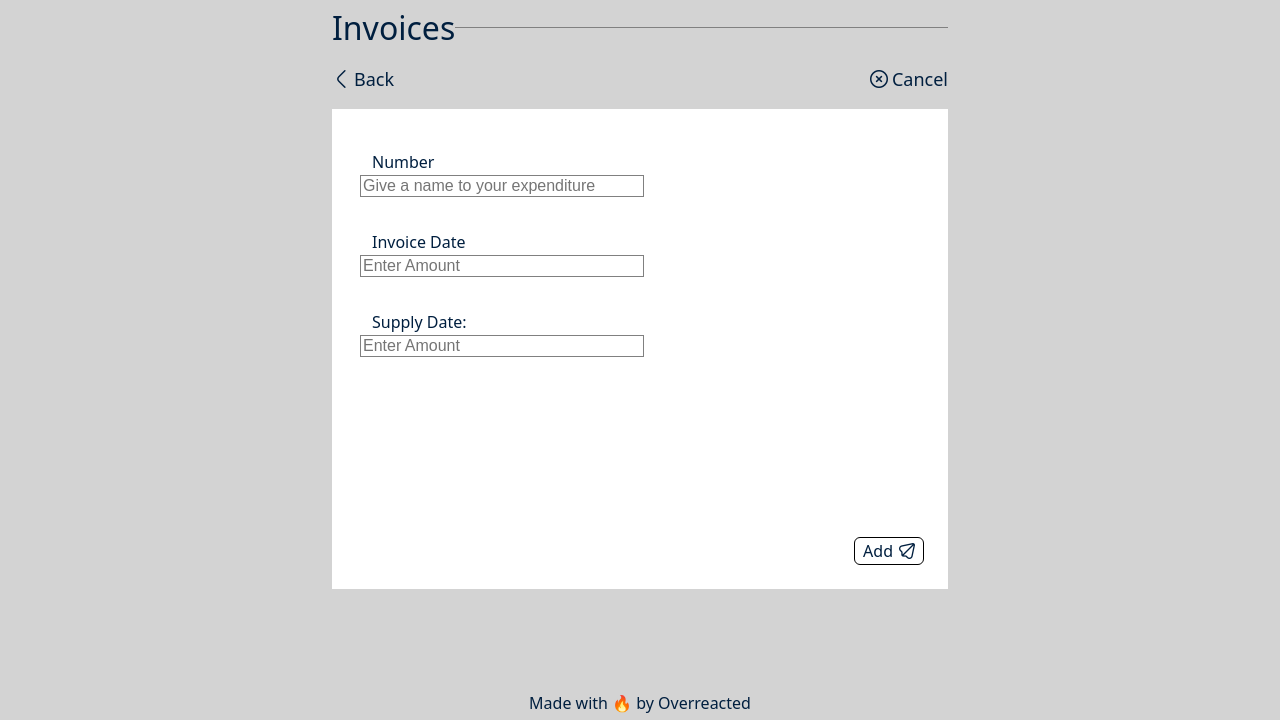
Repository: om1ars/task3
Page: /add-expense
An editor plug-in stored every save of this project. The page is shown before and after a run of saves, followed by the edit.
The browser window is 1280 px wide. The pictures show the whole page.
Some web libraries are served in a nearby version. The project was rebuilt for these pictures with package versions that can differ from the ones it lists, and the page was loaded fresh each time. Also part of the build but not shown: src/components/add-form/success-modal.css, src/components/expense-list/card.css, src/components/expense-list/card.js, src/components/expense-list/expense-list.css, src/components/expense-list/index.js, src/pages/home/home.css, src/pages/home/index.js.

Above is the page before, as saved 2021-12-18 15:01:40.

### public/index.html
<!DOCTYPE html>
<html lang="en">
  <head>
    <meta charset="utf-8" />
    <link rel="icon" href="%PUBLIC_URL%/favicon.ico" />
    <meta name="viewport" content="width=device-width, initial-scale=1" />
    <meta name="theme-color" content="#000000" />
    <meta name="description" content="SPA to track all your expenses" />
    <link rel="apple-touch-icon" href="%PUBLIC_URL%/logo192.png" />
    <!--
      manifest.json provides metadata used when your web app is installed on a
      user's mobile device or desktop. See https://developers.google.com/web/fundamentals/web-app-manifest/
    -->
    <link rel="manifest" href="%PUBLIC_URL%/manifest.json" />
    <link rel="preconnect" href="https://fonts.googleapis.com" />
    <link rel="preconnect" href="https://fonts.gstatic.com" crossorigin />
    <link
      href="https://fonts.googleapis.com/css2?family=Noto+Sans&display=swap"
      rel="stylesheet"
    />
    <link
      rel="stylesheet"
      href="https://cdn-uicons.flaticon.com/uicons-regular-rounded/css/uicons-regular-rounded.css"
    />
    <link
      rel="stylesheet"
      href="https://cdn.jsdelivr.net/gh/devicons/devicon@v2.12.0/devicon.min.css"
    />
    <title>Xpensr</title>
  </head>
  <body>
    <noscript>You need to enable JavaScript to run this app.</noscript>
    <div id="root"></div>
    <!--
      This HTML file is a template.
      If you open it directly in the browser, you will see an empty page.

      You can add webfonts, meta tags, or analytics to this file.
      The build step will place the bundled scripts into the <body> tag.

      To begin the development, run `npm start` or `yarn start`.
      To create a production bundle, use `npm run build` or `yarn build`.
    -->
  </body>
</html>

### src/index.js
import React from "react";
import ReactDOM from "react-dom";
import "./index.css";
import App from "./App";
import reportWebVitals from "./reportWebVitals";
import { Provider } from "react-redux";
import store from "./redux/store/index";

ReactDOM.render(
  <Provider store={store}>
    <App />
  </Provider>,
  document.getElementById("root")
);

// If you want to start measuring performance in your app, pass a function
// to log results (for example: reportWebVitals(console.log))
// or send to an analytics endpoint. Learn more: https://bit.ly/CRA-vitals
reportWebVitals();

### src/index.css
body {
  margin: 0;
  font-family: "Noto Sans", sans-serif;
  -webkit-font-smoothing: antialiased;
  -moz-osx-font-smoothing: grayscale;
  background-color: lightgray;
  color: #001f3f;
}
a {
  text-decoration: none;
  color: #001f3f;
}
.button {
  /* background: #71ccca; */
  box-shadow: 20px 20px 60px #60adac, -20px -20px 60px #82ebe8;
}
code {
  font-family: source-code-pro, Menlo, Monaco, Consolas, "Courier New",
    monospace;
}

### src/App.js
import React from "react";
import { BrowserRouter as Router, Route, Switch } from "react-router-dom";
import Footer from "./components/footer";
import Header from "./components/header";
import AddExpense from "./pages/add-expense";
import Home from "./pages/home/index";

const App = () => {
  return (
    <Router>
      <Header />
      <Switch>
        <Route path="/" exact component={Home} />
        <Route path="/add-expense" component={AddExpense} />
      </Switch>
      <Footer />
    </Router>
  );
};

export default App;

### src/redux/store/index.js
import { combineReducers, createStore } from "redux";
import { expenseReducer } from "../reducers/expenses";
const reducer = combineReducers({
  expenses: expenseReducer,
});
const initialState = {};
const store = createStore(reducer, initialState);

export default store;

### src/components/footer/index.js
import React from "react";
import "./footer.css";
const Footer = () => {
  return <footer>Made with 🔥 by Overreacted</footer>;
};

export default Footer;

### src/components/header/index.js
import React from "react";
import "./header.css";
const Header = () => {
  return (
    <div className="header-container">
      <div className="header" style={{ display: "flex", alignItems: "center" }}>
        <div className="header-logo">
          Invoices
        </div>
        <div
          style={{ height: "1px", width: "100%", backgroundColor: "gray" }}
        ></div>
      </div>
    </div>
  );
};

export default Header;

### src/pages/add-expense/index.js
import React from "react";
import AddForm from "../../components/add-form";
import TopFold from "../../components/top-fold";
import "./add-expense.css";
const AddExpense = () => {
  return (
    <div className="add-expense">
      <TopFold />
      <AddForm />
    </div>
  );
};

export default AddExpense;

### src/redux/reducers/expenses.js
import {
  ADD_EXPENSE,
  DELETE_EXPENSE,
  SEARCH_EXPENSE,
} from "../action-types/expenses";

const initialList = () => {
  const list = localStorage.getItem("expense-list");
  let expenses = [];
  if (list) {
    expenses = JSON.parse(list);
  }
  return expenses;
};
const initialState = {
  expenseList: initialList(),
  query: "",
};

export const expenseReducer = (state = initialState, action) => {
  switch (action.type) {
    case ADD_EXPENSE: {
      localStorage.setItem(
        "expense-list",
        JSON.stringify([...state.expenseList, action.data])
      );
      return {
        ...state,
        expenseList: [...state.expenseList, action.data],
        query: "",
      };
    }
    case DELETE_EXPENSE: {
      const { data } = action;
      const updatedList = state.expenseList.filter(
        (item) => item.createdAt !== data.createdAt
      );
      localStorage.setItem("expense-list", JSON.stringify(updatedList));
      return {
        ...state,
        expenseList: updatedList,
      };
    }
    case SEARCH_EXPENSE: {
      const { query } = action;
      return {
        ...state,
        query,
      };
    }
    default:
      return {
        ...state,
      };
  }
};

### src/components/footer/footer.css
footer {
  width: 100%;
  position: fixed;
  bottom: 0;
  display: flex;
  justify-content: center;
  align-items: center;
  padding-bottom: 6px;
}

### src/components/header/header.css
.header-container {
  width: 50%;
  margin: auto;
}
.header {
  display: flex;
  justify-content: space-between;
  align-items: center;
  flex: 1;
  margin: 6px 12px;
}
.header-logo {
  display: flex;
  align-items: center;
  font-size: 32px;
  font-weight: 500;
}
.header-logo i {
  display: flex;
  align-items: center;
  margin-left: 6px;
}

.header-button {
  font-size: 20px;
  display: flex;
  justify-content: center;
  align-items: center;
  border: 1px solid black;
  border-radius: 6px;
  padding: 0px 8px;
}
.header-button i {
  margin-right: 4px;
}

@media only screen and (max-width: 1024px) {
  .header-container {
    width: 90%;
  }
  .header-logo {
    font-size: 28px;
  }
  .header-button {
    font-size: 18px;
  }
}

@media only screen and (max-width: 512px) {
  .header-container {
    width: 100%;
  }
  .header-logo {
    font-size: 24px;
  }
  .header-button {
    font-size: 16px;
  }
}

### src/components/add-form/index.js
import React, { useState } from "react";
import { categories } from "../../constants/add-expense";
import "react-toastify/dist/ReactToastify.css";
import "./add-form.css";
import { toast, ToastContainer } from "react-toastify";
import { useDispatch } from "react-redux";
import { addExpense } from "../../redux/actions/expenses";
import SuccessModal from "./success-modal";

const AddForm = () => {
  const [categoryOpen, setCategoryOpen] = useState(false);
  const cat = categories;
  const [title, setTitle] = useState("");
  const [amount, setAmount] = useState("");
  const [category, setCategory] = useState();
  const dispatch = useDispatch();
  const [modalOpen, setModalOpen] = useState(false);
  const [supply, setSupply] = useState('')
  const handleTitle = (e) => {
    setTitle(e.target.value);
  };
  const handleAmount = (e) => {
    const val = parseFloat(e.target.value);
    if (isNaN(val)) {
      setAmount("");
      return;
    }
    setAmount(val);
  };
  const handleCategory = (category) => {
    setCategory(category);
    setCategoryOpen(false);
    console.log(category);
  };

  const handleSubmit = () => {
    if (title === "" || amount === "" || !category) {
      const notify = () => toast("Please enter complete data");
      notify();
      return;
    }
    const data = {
      title,
      amount,
      category,
      createdAt: new Date(),
    };
    dispatch(addExpense(data));
    setModalOpen(!modalOpen);
  };

  return (
    <div className="add-form">
      <SuccessModal modalOpen={modalOpen} />
      <ToastContainer
        position="bottom-left"
        autoClose={1500}
        hideProgressBar={false}
        newestOnTop={false}
        closeOnClick
      />
      <div className="container-form">
        <div className="form-item">
          <label>Number</label>
          <input
            placeholder="Give a name to your expenditure"
            value={title}
            onChange={(e) => handleTitle(e)}
          />
        </div>
        <div className="form-item">
          <label>Invoice Date</label>
          <input
            placeholder="Enter Amount"
            className="amount-input"
            onChange={(e) => handleAmount(e)}
            value={amount}
          />
        </div>
        <div className="form-item">
          <label>Supply Date:</label>
          <input
            placeholder="Enter Amount"
            className="amount-input"
            onChange={(e) => handleAmount(e)}
            value={amount}
          />
        </div>
      </div>

      <div className="category-container-parent">

      </div>
      <div className="form-add-button">
        <div onClick={handleSubmit}>
          <label>Add</label>
          <i class="fi-rr-paper-plane"></i>
        </div>
      </div>
    </div>
  );
};

export default AddForm;

### src/components/top-fold/index.js
import React, { useEffect, useState } from "react";
import { Link, useLocation } from "react-router-dom";
import "./top-fold.css";
import { useDispatch } from "react-redux";
import { searchExpense } from "../../redux/actions/expenses";
const TopFold = () => {
  const [query, setQuery] = useState("");
  const dispatch = useDispatch();
  const handleQuery = (e) => {
    setQuery(e.target.value);
    dispatch(searchExpense(e.target.value));
  };
  return (
    <div className="topfold">
      {window.location.pathname === "/" ? (
        <div className="home-topfold">
          <Link to="/add-expense">
            <div
              className="add-button"
              style={{
                width: "700px",
                backgroundColor: "white",
                padding: 15,
              }}
            >
              <div style={{ marginBottom: 10 }}>Actions</div>
              <label
                style={{
                  padding: "6px 28px",
                  borderRadius: "5px",
                  backgroundColor: "blue",
                }}
              >
                Add
              </label>
            </div>
          </Link>
        </div>
      ) : (
        <div className="add-topfold">
          <Link to="/">
            <div className="add-topfold-button">
              <i class="fi-rr-angle-left"></i>
              <label>Back</label>
            </div>
          </Link>
          <Link to="/">
            <div className="add-topfold-button">
              <i class="fi-rr-cross-circle"></i>
              <label>Cancel</label>
            </div>
          </Link>
        </div>
      )}
    </div>
  );
};

export default TopFold;

### src/pages/add-expense/add-expense.css
.add-expense {
  width: 50%;
  margin: auto;
}

@media only screen and (max-width: 1024px) {
  .add-expense {
    width: 90%;
  }
}

@media only screen and (max-width: 512px) {
  .add-expense {
    width: 100%;
  }
}

### src/redux/action-types/expenses.js
export const ADD_EXPENSE = "ADD_EXPENSE";

export const DELETE_EXPENSE = "DELETE_EXPENSE";

export const SEARCH_EXPENSE = "SEARCH_EXPENSE";

### src/constants/add-expense.js
export const categories = [
  {
    id: 1,
    title: "Education",
    icon: require("../assets/images/education.png"),
    color: "#A95EC2",
  },
  {
    id: 2,
    title: "Healthcare",
    icon: require("../assets/images/healthcare.png"),
    color: "#FF768A",
  },
  {
    id: 3,
    title: "Shopping",
    icon: require("../assets/images/shopping.png"),
    color: "#EC60AB",
  },
  {
    id: 4,
    title: "Food",
    icon: require("../assets/images/food.png"),
    color: "#FF9E6D",
  },
  {
    id: 5,
    title: "Other",
    icon: require("../assets/images/entertainment.png"),
    color: "#FFCB5E",
  },
];

### src/components/add-form/add-form.css
.add-form {
  background: white;
  /* box-shadow: 20px 20px 60px #60adac, -20px -20px 60px #82ebe8; */
  margin: 6px 12px;
  padding: 24px;
  display: flex;
  flex-direction: column;
  /* flex-wrap: wrap; */
  flex: 1;
  height: 60vh;
}
.form-item {
  margin: 12px 0px;
  width: 70%;
  display: flex;
  flex-direction: column;
  padding: 4px;
  border-radius: 6px;
  background-color: white;
}
.form-item label {
  padding: 2px 12px;
}
.form-item input {
  font-size: 16px;
  border: 1px solid gray;
  width: 70%;
  outline: none;
}
.category-container-parent {
  display: flex;
  flex-direction: column;
  flex: 1;
}
.category {
  position: relative;
  width: 40%;
}
.category-dropdown {
  display: flex;
  justify-content: space-between;
  align-items: center;
  margin: 12px 0px;
  background-color: white;
  border-radius: 6px;
  padding: 4px;
}
.category-dropdown i {
  display: flex;
  align-items: center;
}

.category-container {
  display: flex;
  position: absolute;
  width: 100%;
  flex-direction: column;
  background: #ffffff;
}

.category-item {
  width: 98%;
  display: flex;
  justify-content: space-between;
  padding: 8px 0px;
  cursor: pointer;
}
.category-item img {
  height: 32px;
  margin-right: 20px;
}

.form-add-button {
  display: flex;
  justify-content: flex-end;
}
.form-add-button div {
  display: flex;
  border: 1px solid black;
  padding: 2px 8px;
  border-radius: 6px;
  cursor: pointer;
}

.form-add-button div i {
  display: flex;
  align-items: center;
  margin-left: 6px;
}

@media only screen and (max-width: 1024px) {
  .form-item {
    width: 100%;
  }
  .form-item input {
    width: 70%;
  }
  .amount-input {
    width: 50% !important;
  }
  .category {
    width: 80%;
  }
}


.container-form {
  display: flex;
  flex-wrap: wrap;
}

### src/redux/actions/expenses.js
import {
  ADD_EXPENSE,
  DELETE_EXPENSE,
  SEARCH_EXPENSE,
} from "../action-types/expenses";

export const addExpense = (data) => {
  return {
    type: ADD_EXPENSE,
    data,
  };
};

export const deleteExpense = (data) => {
  console.log(data, "Action");
  return {
    type: DELETE_EXPENSE,
    data,
  };
};

export const searchExpense = (query) => {
  console.log(query);
  return {
    type: SEARCH_EXPENSE,
    query,
  };
};

### src/components/add-form/success-modal.js
import React from "react";
import Modal from "react-modal";
import { Link } from "react-router-dom";
import "./success-modal.css";
const SuccessModal = ({ modalOpen, setModalOpen }) => {
  const customStyles = {
    content: {
      top: "50%",
      left: "50%",
      right: "auto",
      bottom: "auto",
      marginRight: "-50%",
      transform: "translate(-50%, -50%)",
      backgroundColor: "#71ccca",
      borderRadius: "12px",
    },
  };
  return (
    <Modal isOpen={modalOpen} style={customStyles}>
      <div className="modal-inner">
        <label>Expense Added Successfully!</label>
        <img
          src={require("../../assets/images/added-image.png").default}
          alt="Expense Added"
          className="added-image"
        />
        <Link to="/">
          <div className="take-home-button">
            <i class="fi-rr-home"></i>
            Home
          </div>
        </Link>
      </div>
    </Modal>
  );
};

export default SuccessModal;

### src/components/top-fold/top-fold.css
.topfold {
  display: flex;
  justify-content: space-between;
  margin: 6px 12px;
  padding: 12px 0px;
  align-items: center;
}
.home-topfold {
  display: flex;
  justify-content: space-between;
  flex: 1;
}
.searchbar {
  display: flex;
  align-items: center;
  width: 50%;
  background-color: white;
  border-radius: 12px;
}
.searchbar input {
  width: 80%;
  outline: none;
  padding: 8px 0px;
  border: none;
  margin-left: 6px;
  background-color: white;
}

.searchbar i {
  display: flex;
  align-items: center;
  margin-left: 6px;
}

.add-button {
  /* display: flex; */
  align-items: center;
  border-radius: 4px;
  border: 1px solid white;
  font-size: 20px;
  padding: 0px 8px;
  border-radius: 6px;
  cursor: pointer;
}

.add-button i {
  display: flex;
  align-items: center;
  margin-right: 4px;
}
.add-topfold {
  display: flex;
  justify-content: space-between;
  flex: 1;
}
.add-topfold-button {
  display: flex;
  align-items: center;
  font-size: 18px;
  cursor: pointer;
}
.add-topfold-button i {
  display: flex;
  align-items: center;
  margin-right: 4px;
}

@media only screen and (max-width: 1024px) {
  .add-button {
    font-size: 18px;
  }
  .searchbar {
    width: 70%;
  }
}

@media only screen and (max-width: 512px) {
  .add-button {
    font-size: 16px;
  }
}

Loaded but not shown: src/reportWebVitals.js (common file)

After the next 2 saves:
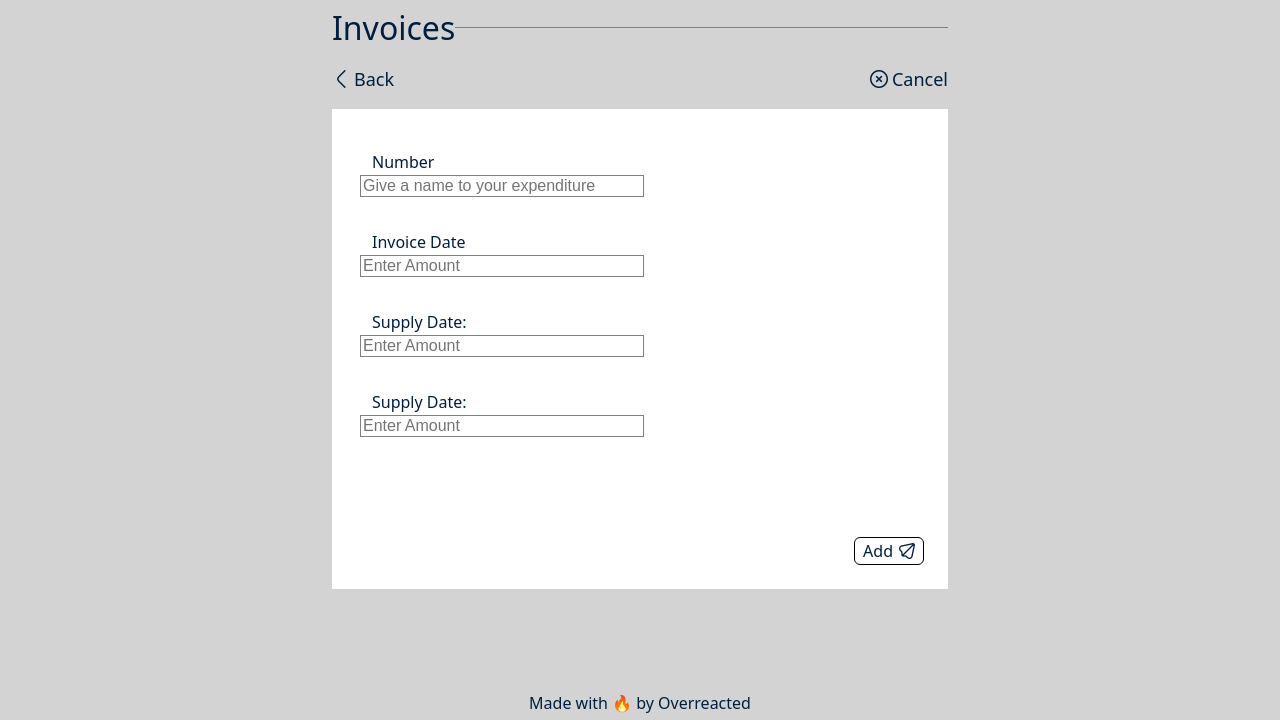
The 2 saves are shown as one change because they came seconds apart.
The last was saved 24 s later.
--- a/src/components/add-form/index.js
+++ b/src/components/add-form/index.js
@@ -15,7 +15,7 @@ const AddForm = () => {
   const [category, setCategory] = useState();
   const dispatch = useDispatch();
   const [modalOpen, setModalOpen] = useState(false);
-  const [supply, setSupply] = useState('')
+  const [supply, setSupply] = useState("");
   const handleTitle = (e) => {
     setTitle(e.target.value);
   };
@@ -89,7 +89,15 @@ const AddForm = () => {
       </div>
 
       <div className="category-container-parent">
-
+        <div className="form-item">
+          <label>Supply Date:</label>
+          <input
+            placeholder="Enter Amount"
+            className="amount-input"
+            onChange={(e) => handleAmount(e)}
+            value={amount}
+          />
+        </div>
       </div>
       <div className="form-add-button">
         <div onClick={handleSubmit}>
